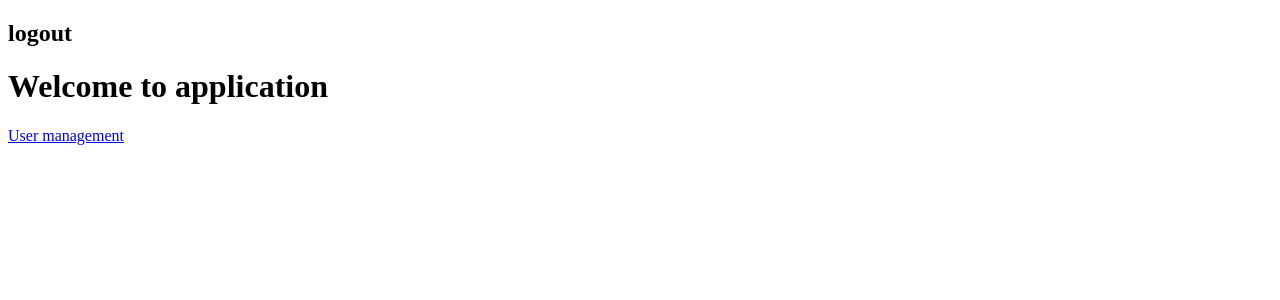
Repository: adit22747/java
Page: http://localhost/casestudy/logout.jsp
The author's editor kept a copy of each file at every save. The page is drawn from the files as they stood at one save, then again after the next save.
The browser window is 1280 px wide. The pictures show the whole page.
The page is served by Tomcat 9.

Above is the page before, as saved 2021-02-04 05:39:42.

After the next save:
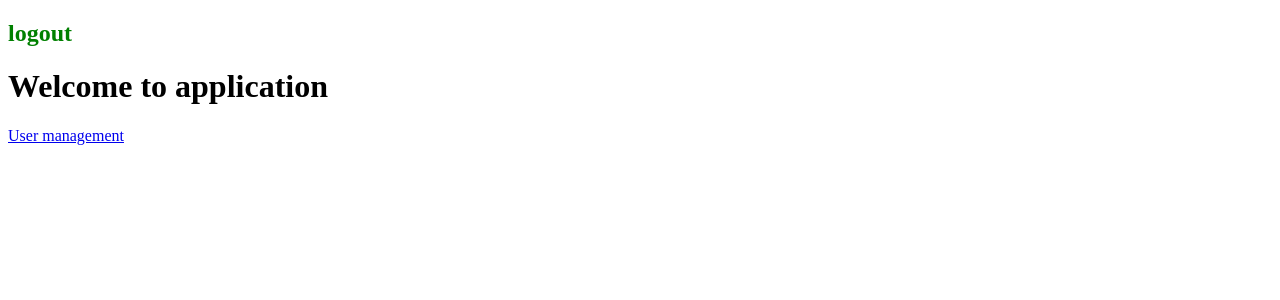
Saved 26 s later.
--- a/advance_java/programs/casestudy/src/main/webapp/logout.jsp
+++ b/advance_java/programs/casestudy/src/main/webapp/logout.jsp
@@ -7,7 +7,7 @@
 <title>Insert title here</title>
 </head>
 <body>
-<h2>logout</h2>
+<h2 style="color:green;">logout</h2>
 <jsp:include page="index.jsp"></jsp:include>
 </body>
 </html>
